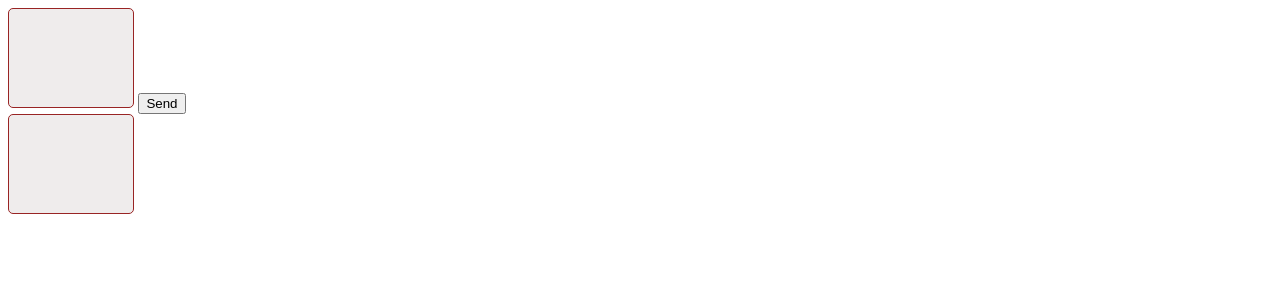
Repository: krutarthh/Ayurvedic-Remedy
Page: index.html
The author's editor kept a copy of each file at every save. The page is drawn from the files as they stood at one save, then again after the next save.
The browser window is 1280 px wide. The pictures show the whole page.

Above is the page before, as saved 2024-04-06 14:47:15.

### index.html
<html>
  <body>
    <!-- ... Your HTML and CSS -->
    <textarea id = "user_input" rows="" cols=""></textarea>
    <button id="Send" type="" >Send</button>
    <div>
        <textarea id = "answer" rows="" cols=""></textarea>
    </div>
    <link rel="stylesheet" href="app.css">
    <script type="importmap">
      {
        "imports": {
          "@google/generative-ai": "https://esm.run/@google/generative-ai"
        }
      }
    </script>
    <script type="module" src="app.js"></script>
  </body>
</html>

### app.css
/* app.css */

/* Add your CSS styles here */
#user_input {
    width: 10%;
    padding: 10px;
    font-size: 16px;
    border: 1px solid #992424;
    background: #efecec;
    border-radius: 5px;
    box-sizing: border-box;
    resize: none;
    height: 100px;
}

#Send {
    /* CSS styles for the send button */
}

#answer {
    width: 10%;
    padding: 10px;
    font-size: 16px;
    border: 1px solid #992424;
    background: #efecec;
    border-radius: 5px;
    box-sizing: border-box;
    resize: none;
    height: 100px;
}

### app.js
import { GoogleGenerativeAI } from "@google/generative-ai";


const API_KEY = "AIzaSyDBtZZsASIYVyQiLgik32sfZeJjd2X8IPQ";


const genAI = new GoogleGenerativeAI(API_KEY);

const model = genAI.getGenerativeModel({ model: "gemini-pro" });


const user_input = document.getElementById("user_input");
const answer_area = document.getElementById("answer");
const send_button = document.getElementById("Send");

send_button.addEventListener("click", async () => {
    const question = user_input.value;
    const answer = await generateText(question + "give me a ayurvedic remidy, the answer should be short and specific.");
    answer_area.textContent = answer;
});

async function generateText(prompt) {

    const result = await model.generateContent(prompt);
    const response = await result.response;
    const text = await response.text();
    return text;
}

After the next save:
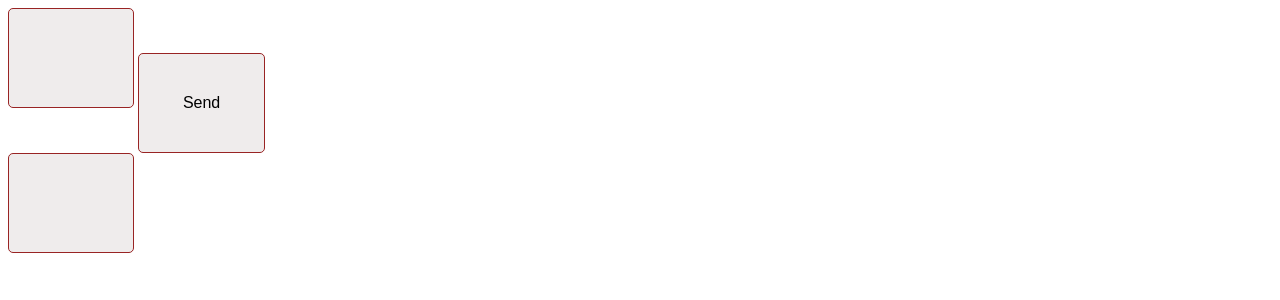
Saved 10 s later.
--- a/app.css
+++ b/app.css
@@ -14,7 +14,15 @@
 }
 
 #Send {
-    /* CSS styles for the send button */
+    width: 10%;
+    padding: 10px;
+    font-size: 16px;
+    border: 1px solid #992424;
+    background: #efecec;
+    border-radius: 5px;
+    box-sizing: border-box;
+    resize: none;
+    height: 100px;
 }
 
 #answer {
